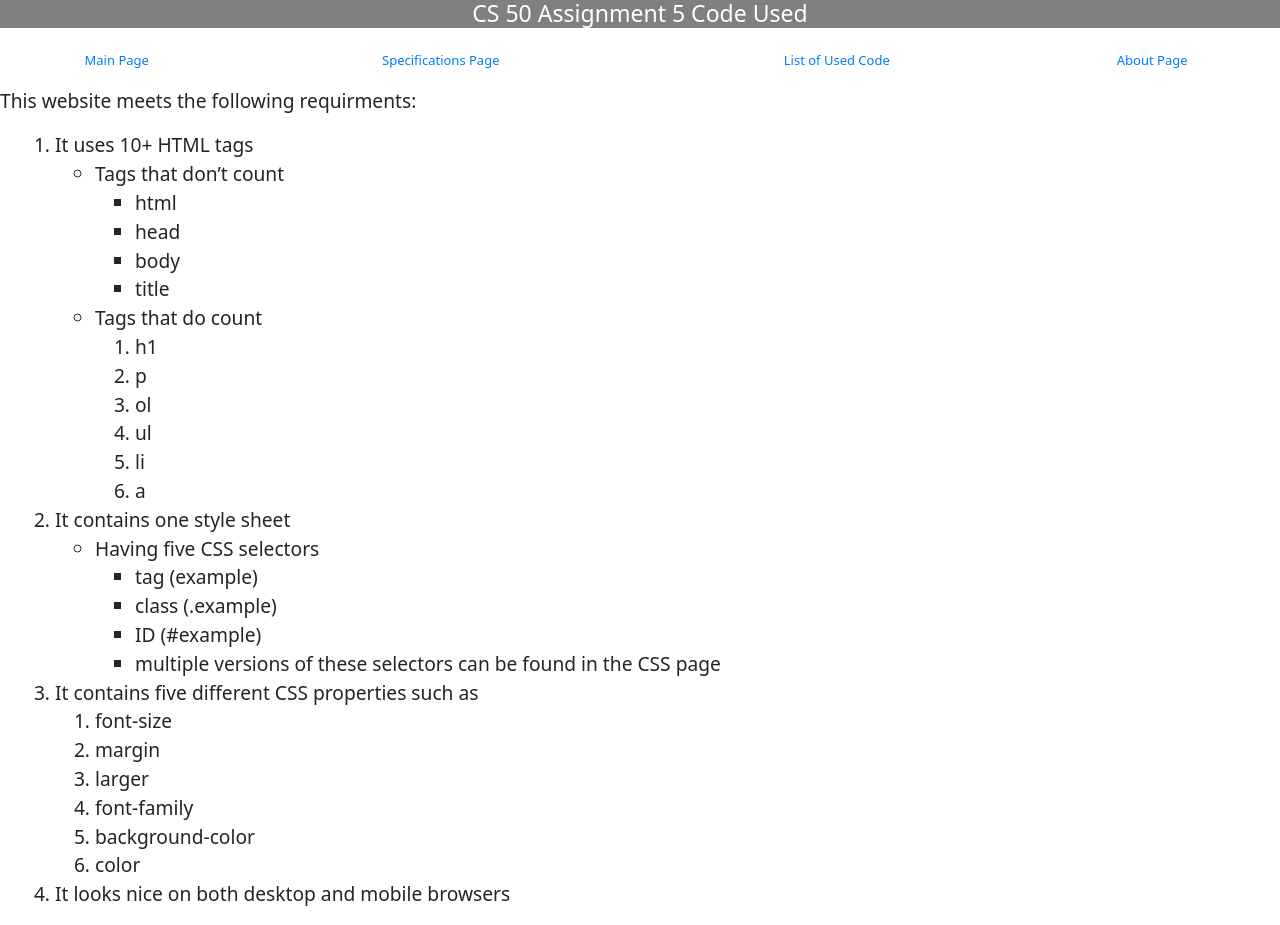
Repository: RSchwinn/cs50
Page: workspace/pset5/homepage/add.html
The author's editor kept a record of every edit. The page is drawn from the files as they stood at one moment, then again after the next edit.
The browser window is 1280 px wide. The pictures show the whole page.

Above is the page before.

After the next edit:
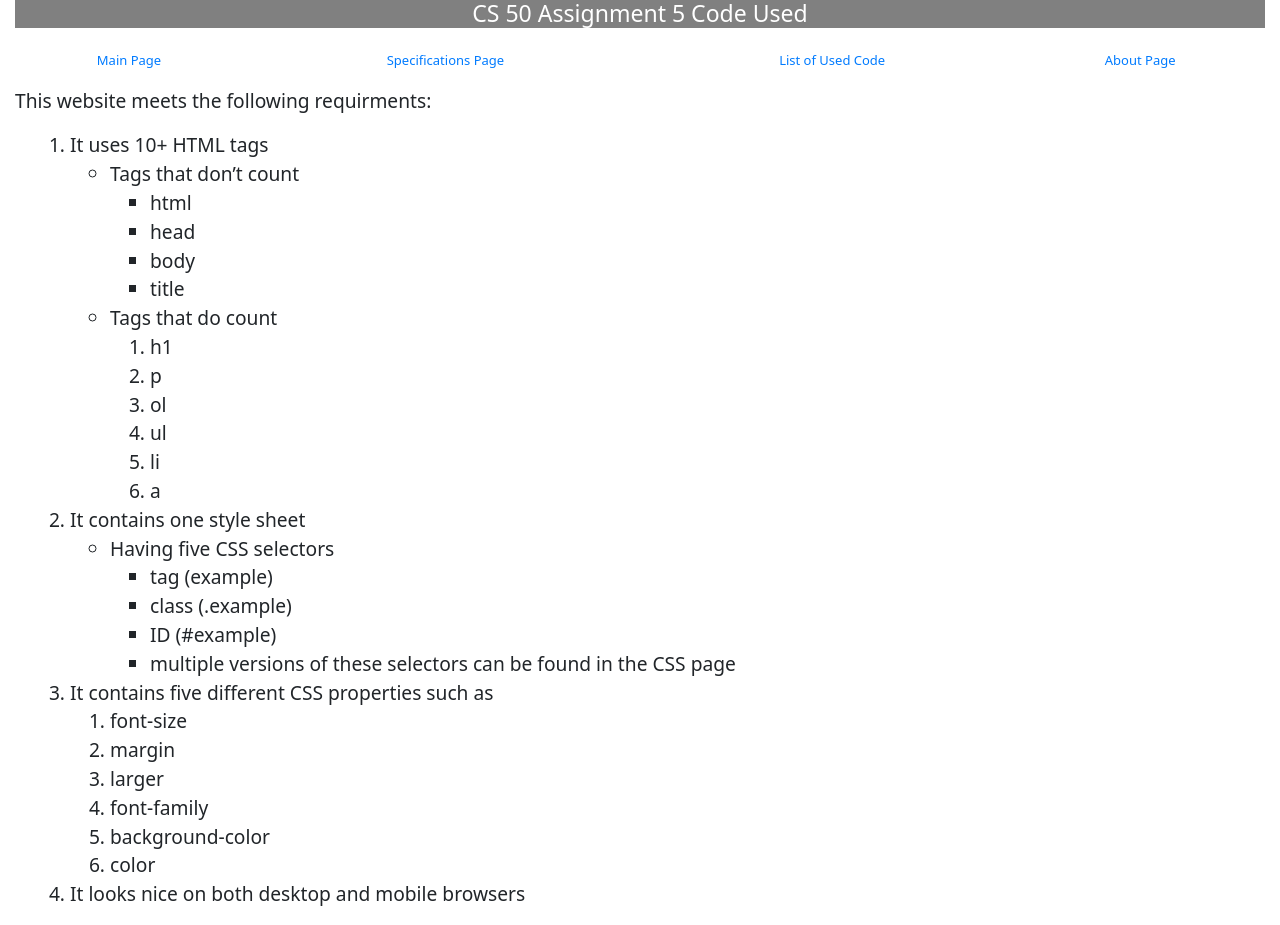
The edit:
--- a/workspace/pset5/homepage/add.html
+++ b/workspace/pset5/homepage/add.html
@@ -12,6 +12,7 @@
         <title>CS 50 Assignment 5 Code Used</title>
     </head>
     <body>
+<div class="container-fluid">
         <h1> CS 50 Assignment 5 Code Used</h1>
 <table style="width:100%">
   <tr>
